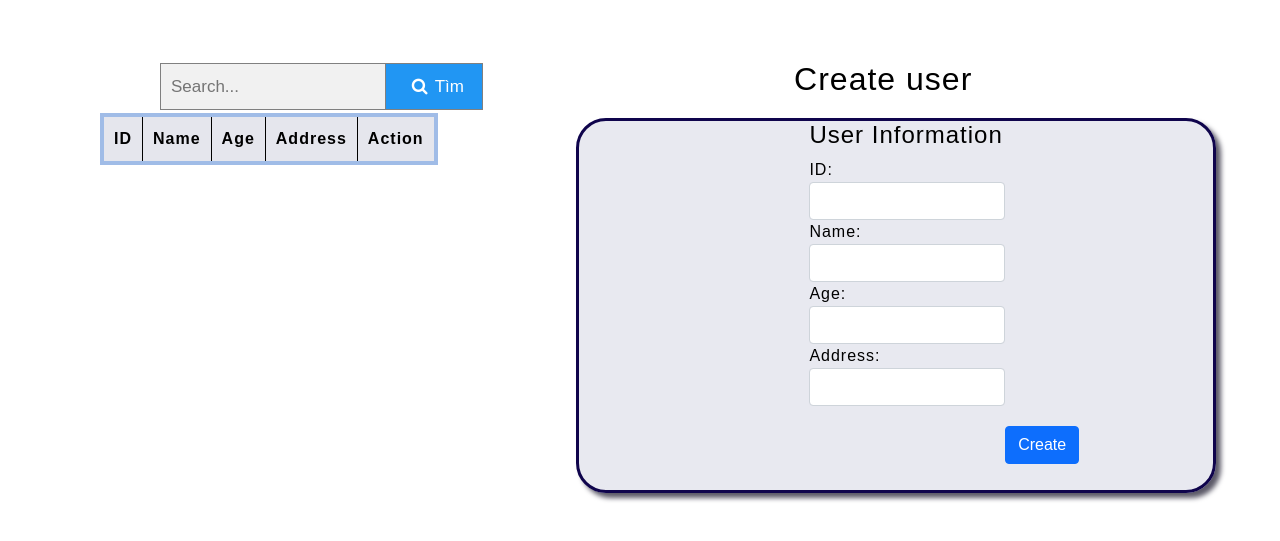
Repository: minhtuan16/JS-Basic
Page: CRUD-Department/create.html
The author's editor kept a copy of each file at every save. The page is drawn from the files as they stood at one save, then again after the next save.
The browser window is 1280 px wide. The pictures show the whole page.

Above is the page before, as saved 2022-06-09 00:51:58.

After the next save:
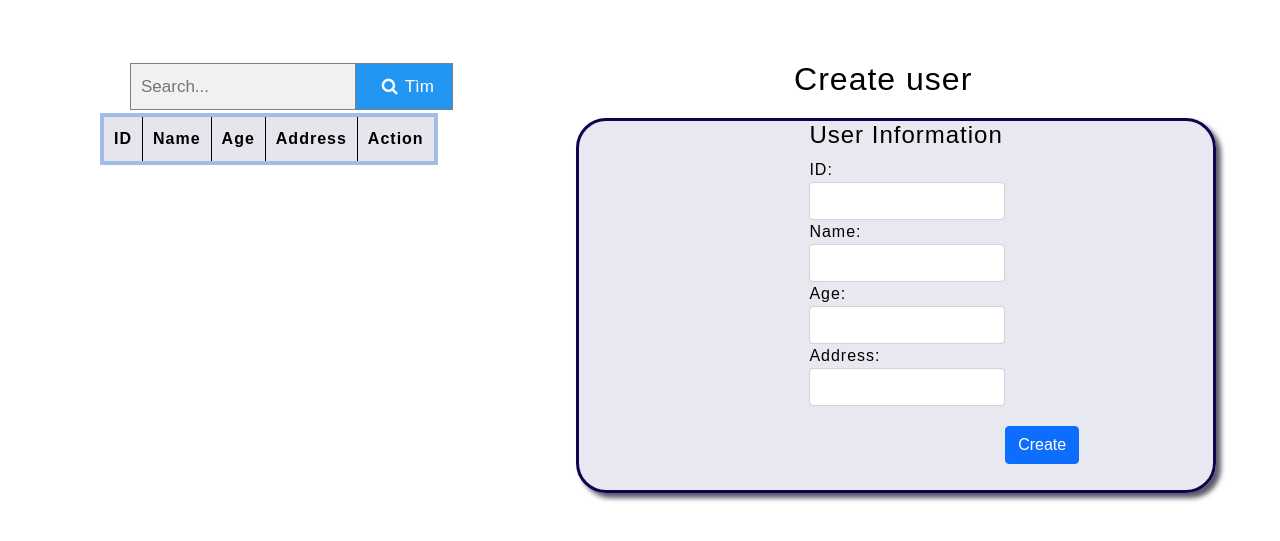
Saved 21 s later.
--- a/CRUD-Department/styles/search.css
+++ b/CRUD-Department/styles/search.css
@@ -51,6 +51,6 @@ body {
 }
 
 .search-container {
-    margin-left: 160px;
+    margin-left: 130px;
     margin-top: -430px;
 }
